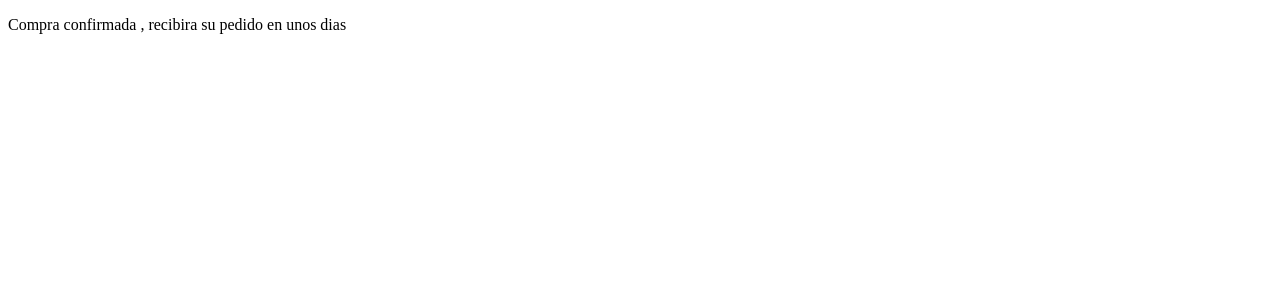
Repository: daniddm/TrabajaDawEcommerce
Page: http://localhost/Ecommerce_SanTierno/compraConfirmada.jsp
The author's editor kept a copy of each file at every save. The page is drawn from the files as they stood at one save, then again after the next save.
The browser window is 1280 px wide. The pictures show the whole page.
The page is served by Tomcat 9.

Above is the page before, as saved 2021-12-10 20:29:01.

After the next save:
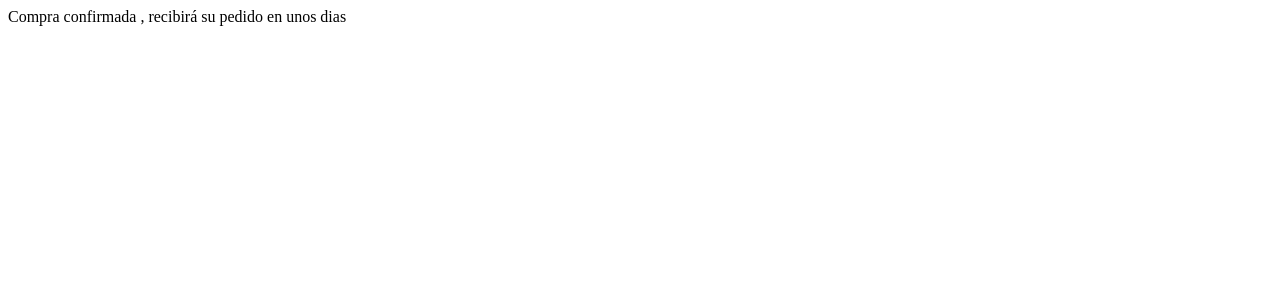
Saved 2 min 44 s later.
--- a/Ecommerce_SanTierno/WebContent/compraConfirmada.jsp
+++ b/Ecommerce_SanTierno/WebContent/compraConfirmada.jsp
@@ -9,7 +9,9 @@
 </head>
 <body>
 
-	<p>Compra confirmada ${sessionScope.usuario.username}, recibira su pedido en unos dias </p>
+	<div class="alert alert-success" role="alert">
+  		<span>Compra confirmada ${sessionScope.usuario.username}, recibirá su pedido en unos dias</span>
+	</div>
 
 </body>
 </html>
